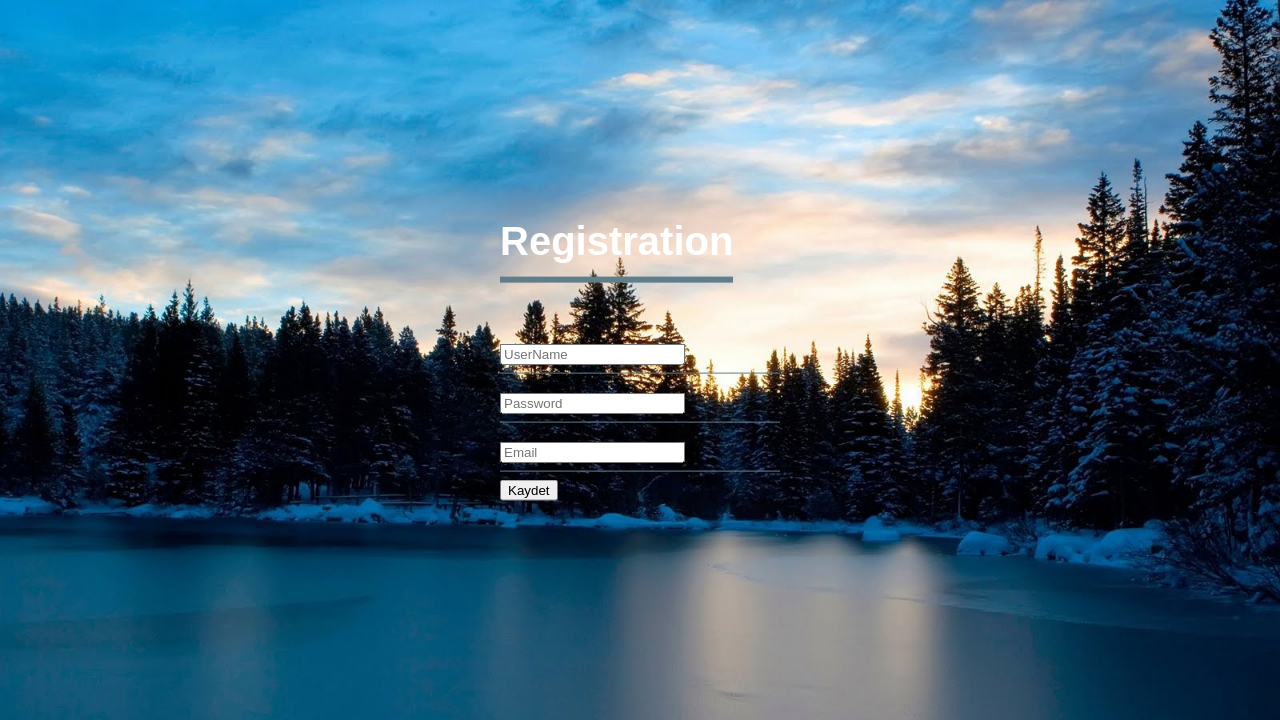
Repository: Berilinanir/Login-Logout-System
Page: Loginn/WebContent/registration.html
An editor plug-in stored every save of this project. The page is shown before and after the next save, followed by the edit.
The browser window is 1280 px wide. The pictures show the whole page.

Above is the page before, as saved 2018-10-13 09:41:28.

### Loginn/WebContent/registration.html
<!DOCTYPE html>
<html>
<head>
<meta charset="ISO-8859-1">
<title>Insert title here</title>





<link rel="stylesheet" type="text/css" href="style.css">

</head>

<body >

  <form method="post" action="Main">

  <div class="registration-box">

  <h1>Registration</h1>

  <div class="textbox">

          <input type="text" placeholder="UserName"  name="" value="">
  </div>


   <div class="textbox">

         <input  type="password" placeholder="Password" name="" value="">

   </div>

  <div class="textbox">


   <input type="email" placeholder="Email" name="" value="">

  </div>

  <input class="btn" type="button"  name="" value="Kaydet">
<pre>

</pre>
</form>
 </div>
</body>
</html>

### Loginn/WebContent/style.css
@charset "UTF-8";



body{

	margin:0;
	padding:0;
	font-family:sans-serif;
	background:url("resim2.jpg") no-repeat;
	background-size:cover;

}

.registration-box{

	  width:280px;
	  position:absolute;
	  top:50%;
	  left:50%;
	  transform:translate(-50%,-50%);
	  color:white;

}

.registration-box h1{

	float:left;
	font-size:40px;
	border-bottom:6px solid #607d8b;
	margin-bottom:50px;
	padding:13px 0

}

.textbox{

	width:100%;
	overflow:hidden;
	font-size:20px;
	padding:8px 0;
	margin:8px 0;
	border-bottom:1px solid #607d8b;
}

After the next save:
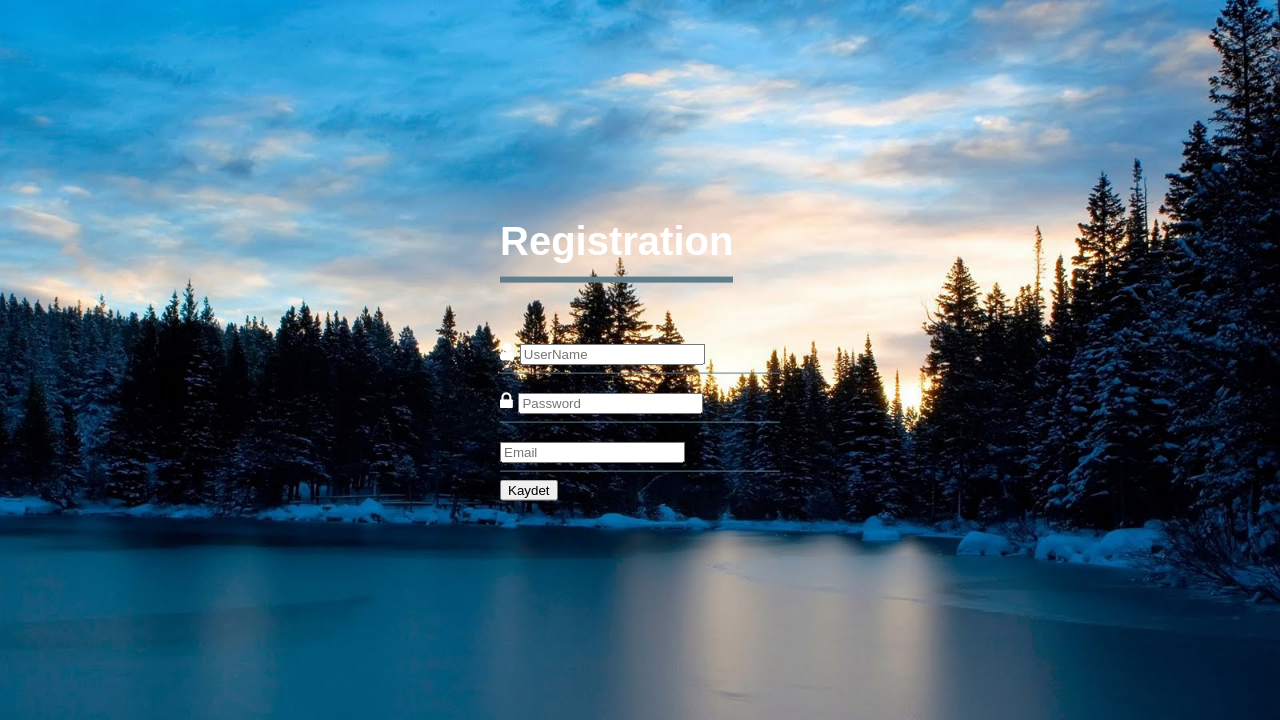
Saved 10 min 48 s later.
--- a/Loginn/WebContent/registration.html
+++ b/Loginn/WebContent/registration.html
@@ -22,11 +22,15 @@
 
   <div class="textbox">
 
+     <i class="fa fa-user" aria-hidden="true" ></i>
+
           <input type="text" placeholder="UserName"  name="" value="">
   </div>
 
 
    <div class="textbox">
+
+     <i class="fa fa-lock" aria-hidden="true"></i>
 
          <input  type="password" placeholder="Password" name="" value="">
 
--- a/Loginn/WebContent/style.css
+++ b/Loginn/WebContent/style.css
@@ -1,5 +1,6 @@
 @charset "UTF-8";
 
+@import "https://stackpath.bootstrapcdn.com/font-awesome/4.7.0/css/font-awesome.min.css";
 
 
 body{
